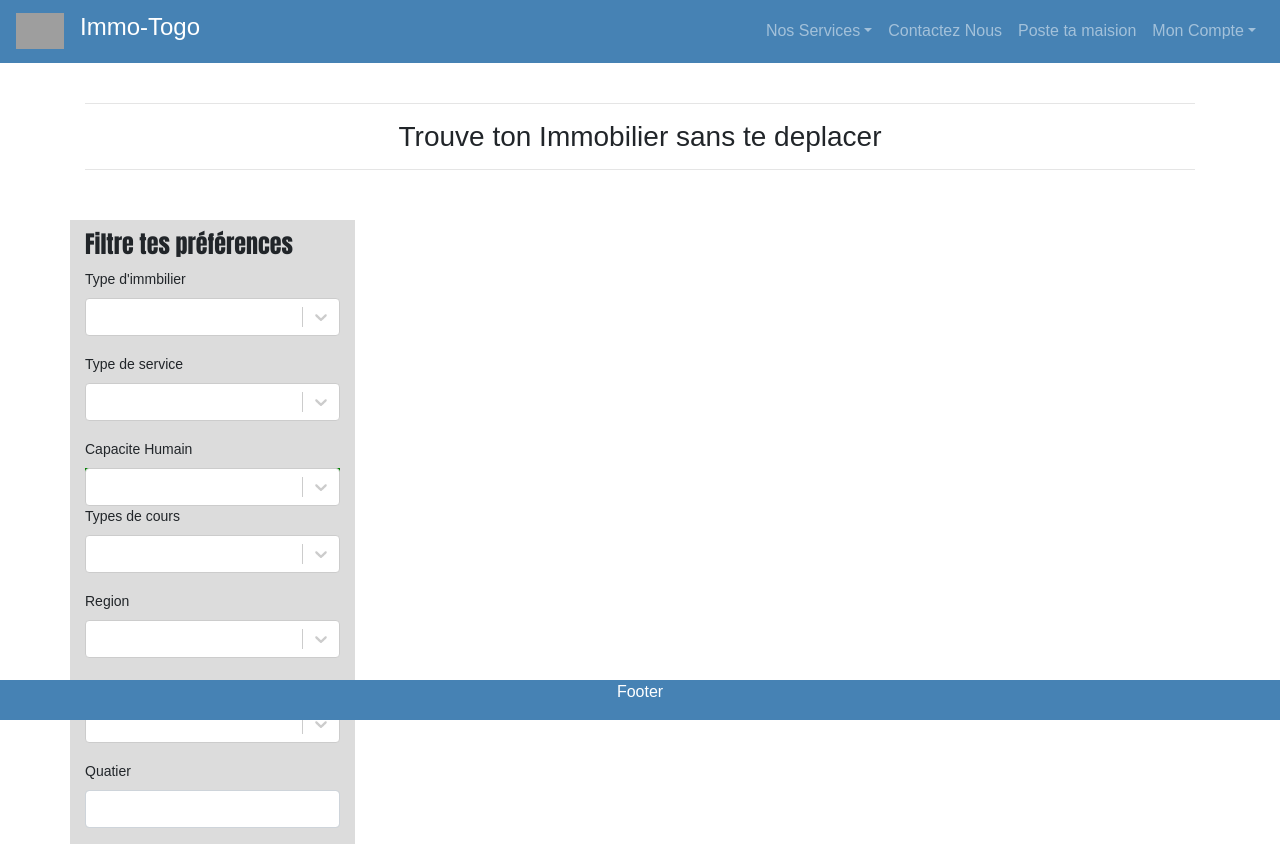
Repository: TAYLOR-YAO/immobilier-togo
Page: / (app in client/)
These files come from the project's save history. The page is drawn as it stood at one moment and after the next save; the edit follows.
The browser window is 1280 px wide. The pictures show the whole page.
Pictures or frames that could not be fetched are drawn as grey boxes. The page's requests for data from a server got no answer. The project was rebuilt for these pictures with package versions that can differ from the ones it lists, and the page was loaded fresh each time. No one was signed in, and anything a server would have sent is missing. Also part of the build but not shown: client/src/Components/RegisterHouses/RegisterHouse.css, client/src/Components/RegisterHouses/RegisterHouse.js, client/src/Components/Test_file.js, client/src/Components/test-2.js.

Above is the page before, as saved 2020-05-15 00:14:23.

After the next save:
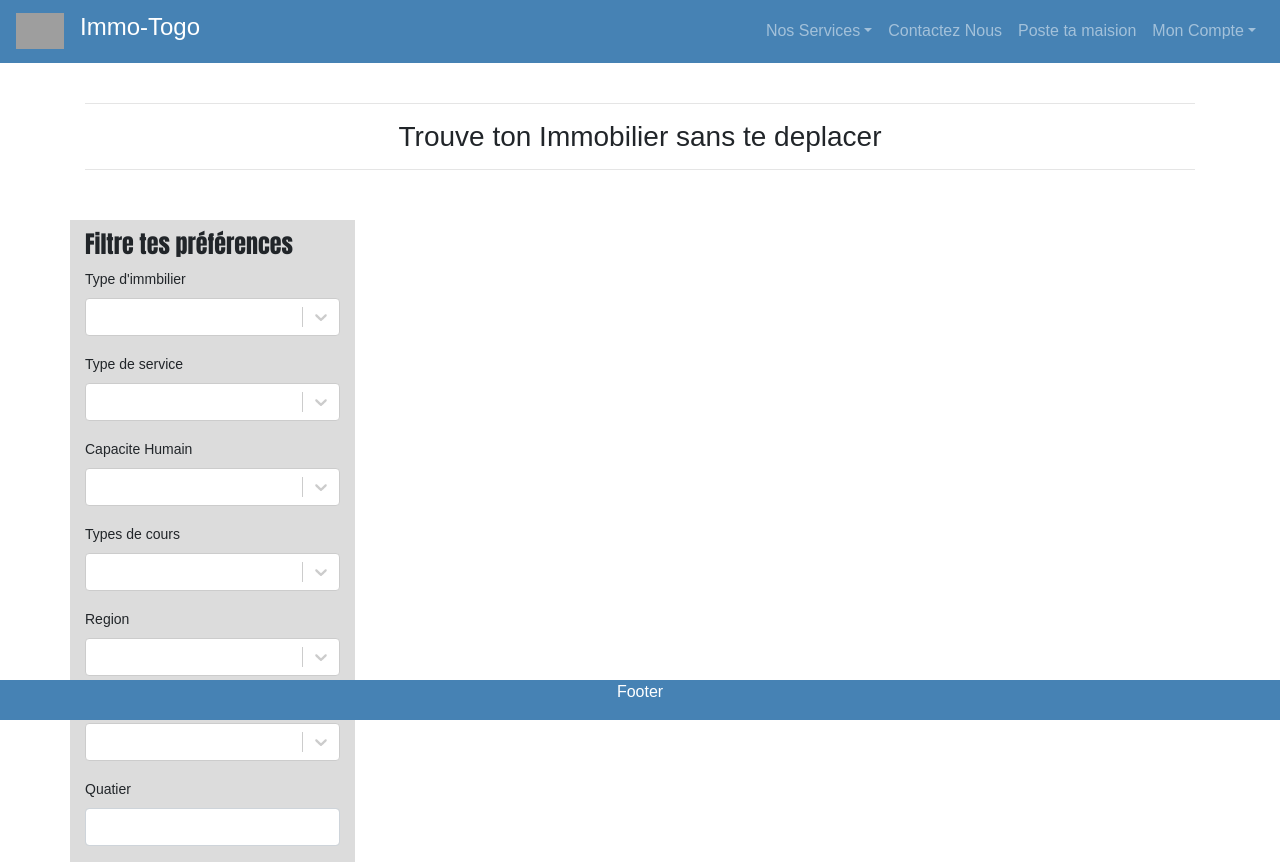
Saved 113 s later.
--- a/client/src/Components/LendingPage/LendingPage.js
+++ b/client/src/Components/LendingPage/LendingPage.js
@@ -152,8 +152,6 @@ render() {
         <Row style={{marginTop:"10px", height:"300px"}}>
         <Col sm={3} style={{background:"#DCDCDC", textAlign:"left"}}>
           <h4 style={{marginTop:"10px", fontFamily:"impact"}}>Filtre tes préférences</h4>
-          <Row>
-            <Col sm={12}>
               <Form.Group controlId="exampleForm.ControlSelect1" >
                 <Form.Label style={{fontSize:"14px"}}>Type d'immbilier</Form.Label>
                 <br/>
@@ -165,8 +163,6 @@ render() {
                 options={immoiliers}
                 />
               </Form.Group>
-            </Col>
-            <Col sm={12}>
               <Form.Group controlId="exampleForm.ControlSelect1" >
                 <Form.Label style={{fontSize:"14px"}}>Type de service</Form.Label>
                 <br/>
@@ -178,10 +174,6 @@ render() {
                     options={services}
                 />
               </Form.Group>
-            </Col>
-          </Row>
-          <Row>
-            <Col sm={12}>
               <Form.Group controlId="exampleForm.ControlSelect1" >
                 <Form.Label style={{fontSize:"14px"}}>Capacite Humain</Form.Label>
                 <br/>
@@ -193,8 +185,6 @@ render() {
                     options={nombreChambres}
                 />
               </Form.Group>
-            </Col>
-            <Col sm={12}>
               <Form.Group controlId="exampleForm.ControlSelect1" >
               <Form.Label style={{fontSize:"14px"}}>Types de cours</Form.Label>
               <br/>
@@ -207,10 +197,6 @@ render() {
                 // isMulti
                 />
               </Form.Group>
-            </Col>
-          </Row>
-          <Row>
-            <Col sm={12}>
               <Form.Group controlId="exampleForm.ControlSelect1" >
               <Form.Label style={{fontSize:"14px"}}>Region</Form.Label>
               <br/>
@@ -222,8 +208,6 @@ render() {
                   options={regions}
                 />
               </Form.Group>
-            </Col>
-            <Col sm={12}>
               <Form.Group controlId="exampleForm.ControlSelect1" >
               <Form.Label style={{fontSize:"14px"}}>Ville & Village</Form.Label>
               <br/>
@@ -235,31 +219,11 @@ render() {
                   options={villes}
                 />
              </Form.Group>
-            </Col>
-          </Row>
-          <Row>
-            <Col sm={12}>
               <Form.Group controlId="exampleForm.ControlSelect1" >
                 <Form.Label style={{fontSize:"14px"}}>Quatier</Form.Label>
                 <Form.Control type="text" placeholder="Ex: Adidogomé " value={this.state.quartier} name="quartier" onChange={this.handleInputsChanges}/>
               </Form.Group>
-            </Col>
-            {/* <Col sm={6}>
-              <Form.Group controlId="exampleForm.ControlSelect1" >
-              <Form.Label style={{fontSize:"14px"}}>Aventages</Form.Label>
-              <br/>
-              <Select
-                  styles={customStyles}
-                  placeholder={selectedAventages}
-                  value={this.state.selectedAventages}
-                  onChange={this.handleAventageChange}
-                  options={aventages}
-                  isMulti
-                />
-              </Form.Group>
-            </Col> */}
-          </Row>
-          </Col>
+           </Col>
 {/* ===================================================================== */}
           <Col sm={9}>
             <Row>
